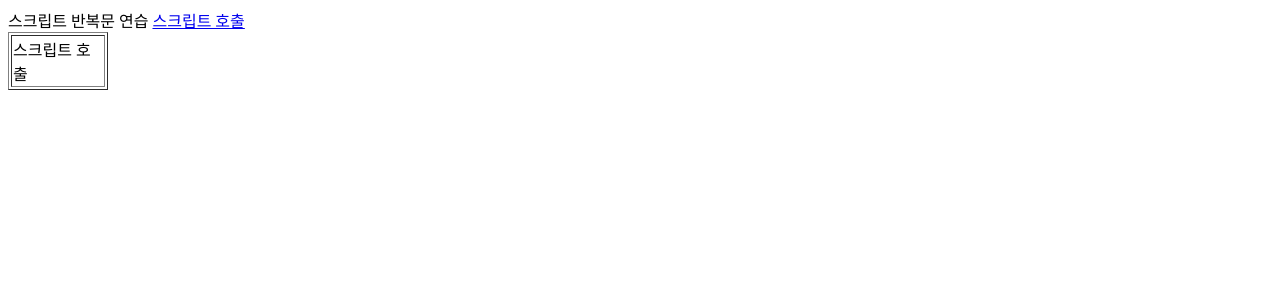
Repository: hinoky4693/workspace
Page: http://localhost/web_prj/lec_script2.jsp
These files come from the project's save history. The page is drawn as it stood at one moment and after the next save; the edit follows.
The browser window is 1280 px wide. The pictures show the whole page.
The page is served by Tomcat 9. Other server files are loaded and not shown.

Above is the page before, as saved 2024-05-28 03:51:03.

### web_prj/src/main/webapp/lec_script2.jsp
<%@ page language="java" contentType="text/html; charset=UTF-8"
    pageEncoding="UTF-8"%>
<!DOCTYPE html>
<html>
<head>
<meta charset="UTF-8">
<title>Insert title here</title>

<script>
var arr = [{"empno":"7733", "ename":"smith"},
		   {"empno":"7799", "ename":"king"}];
for(var i=0; i<arr.length;i++){
	console.log(arr[i]["empno"]);
}

var arr2 = [["7733","smith"], ["7799","king"]];
for(var i=0; i<arr.length;i++){
	console.log(arr2[i][0]);
}

var arr3 = [["7733","smith"], ["7799","king"]];
	arr3.forEach(function(val, idx){
		console.log(idx+","+val[1]);
});


function myprint(prm) {
	console.log("myprint() 호출 " + prm);
}

function myprint2(prm) {
	alert("myprint2() 호출 " + prm);
}

</script>


<script src="https://code.jquery.com/jquery-3.7.1.js"></script>
<script>
	//$(document).ready(function(){

	$(function() {
		myprint("홍길동");

		var arr4 = [["7733","smith"], ["7799","king"]];
		$.each(arr4, function(idx, val){
			console.log(idx+","+val[1]);
		});

		var arr5 = [{"empno":"7733", "ename":"smith"},
			   {"empno":"7799", "ename":"king"}];

		$.map(arr5, function(val, idx){
			console.log(idx+","+val["ename"]);
		})

	});

</script>
</head>
<body>
스크립트 반복문 연습

<a href="#" onClick="myprint2('홍길동');">스크립트 호출</a>
<table border=1 width=100><tr><td style="cursor:pointer" onClick="myprint2('홍길동');">스크립트 호출</td></tr></table>


</body>
</html>

After the next save:
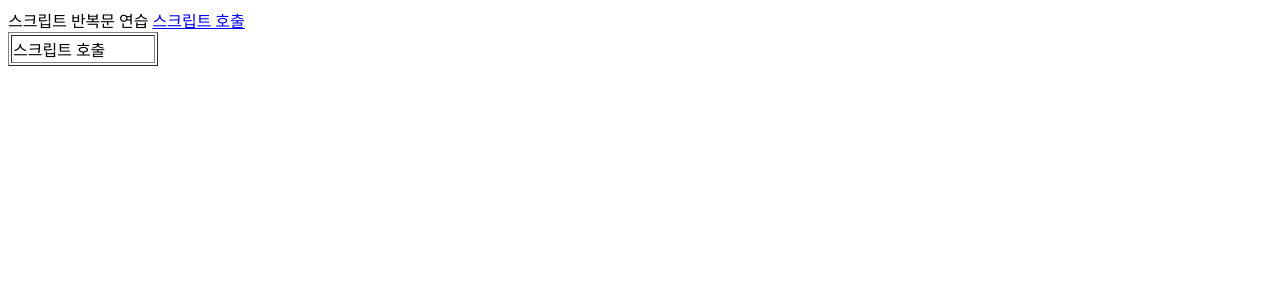
Saved 63 s later.
--- a/web_prj/src/main/webapp/lec_script2.jsp
+++ b/web_prj/src/main/webapp/lec_script2.jsp
@@ -62,7 +62,7 @@ function myprint2(prm) {
 스크립트 반복문 연습
 
 <a href="#" onClick="myprint2('홍길동');">스크립트 호출</a>
-<table border=1 width=100><tr><td style="cursor:pointer" onClick="myprint2('홍길동');">스크립트 호출</td></tr></table>
+<table border=1 width=150><tr><td style="cursor:pointer" onClick="myprint2('홍길동');">스크립트 호출</td></tr></table>
 
 
 </body>
